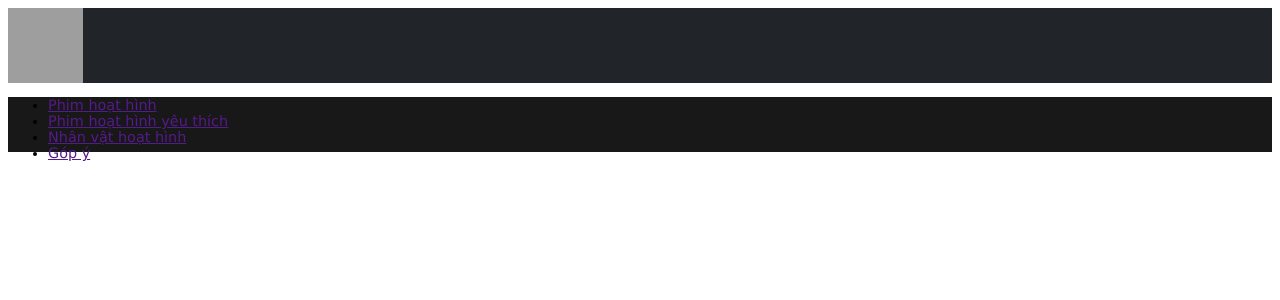
Repository: congle98/CSS_WebXemPhimYoutube
Page: index.html
These files come from the project's save history. The page is drawn as it stood at one moment and after a run of saves; the edit follows.
The browser window is 1280 px wide. The pictures show the whole page.
Pictures or frames that could not be fetched are drawn as grey boxes.

Above is the page before, as saved 2021-05-26 17:06:34.

After the next 3 saves:
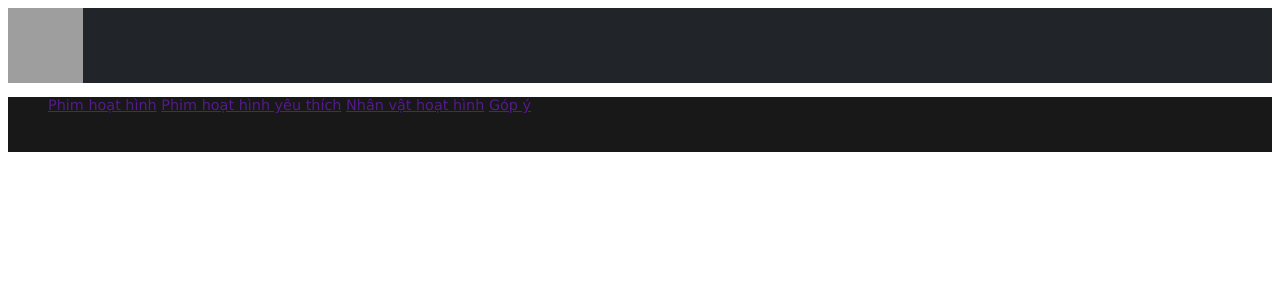
The 3 saves are shown as one change because they came seconds apart.
The last was saved 9 s later.
--- a/index.html
+++ b/index.html
@@ -39,7 +39,7 @@
             background-color:#181818;
         }
         .header-link-item{
-
+            display: inline-block;
         }
 
     </style>
